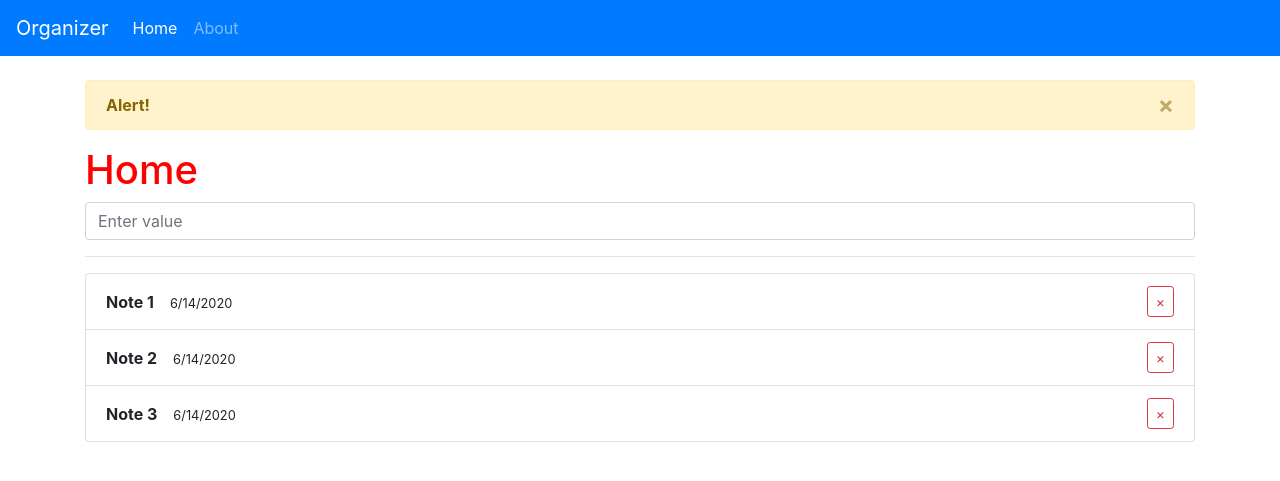
Repository: GregorPiev/orginizer-react-advanced
Page: /
These files come from the project's save history. The page is drawn as it stood at one moment and after the next save; the edit follows.
The browser window is 1280 px wide. The pictures show the whole page.
The project was rebuilt for these pictures with package versions that can differ from the ones it lists, and the page was loaded fresh each time. Also part of the build but not shown: src/pages/About/About.scss, src/pages/About/About.js.

Above is the page before, as saved 2020-08-24 12:26:35.

After the next save:
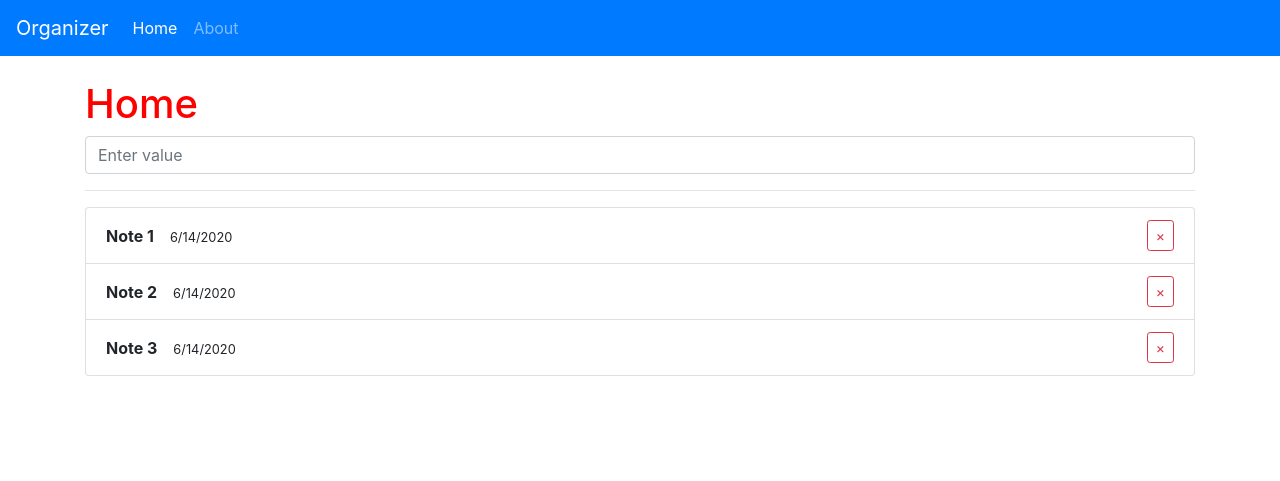
Saved 34 s later.
--- a/src/components/Alert.js
+++ b/src/components/Alert.js
@@ -4,7 +4,7 @@ import { AlertContext } from '../context/alert/alertContext';
 export const Alert = () => {
     const { alert, hide } = useContext(AlertContext);
 
-    if (!alert) {
+    if (!alert.visible) {
         return null;
     }
     return (
